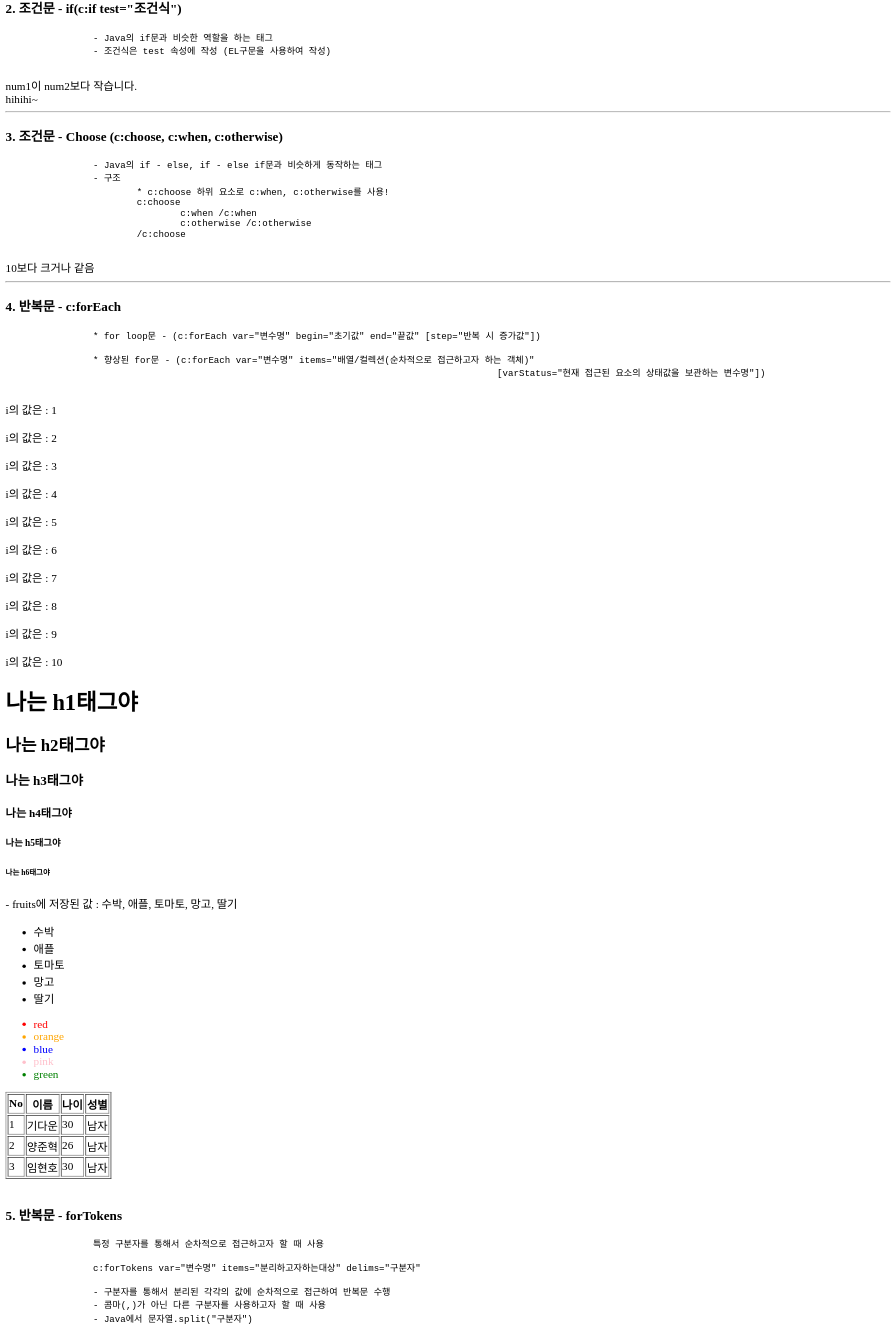
Repository: Developer-Choi-Jae-Young/ServletPractice
Page: http://localhost/3_elAction/views/3_Custom_Action/01_core.jsp
An editor plug-in stored every save of this project. The page is shown before and after the next save, followed by the edit.
The browser window is 1280 px wide. The pictures show the part of the page from y = 817 to 2737 px (the page is 2737 px tall), at 70% of full size.
The page is served by Tomcat 9. Other server files are loaded and not shown.

Above is the page before, as saved 2024-08-27 06:26:50.

### 3_elAction/src/main/webapp/views/3_Custom_Action/01_core.jsp
<%@page import="java.util.ArrayList"%>
<%@page import="com.kh.model.vo.Person"%>
<%@ page language="java" contentType="text/html; charset=UTF-8"
    pageEncoding="UTF-8"%>
<%@ taglib prefix="c" uri="http://java.sun.com/jsp/jstl/core" %>
<!DOCTYPE html>
<html>
<head>
<meta charset="UTF-8">
<title>Custom Action Tag - Core</title>
</head>
<body>
	<h1>JSTL Core Library</h1>

	<h3>1. 변수</h3>
	<pre>
		* 변수 선언과 동시에 초기화 (c:set var="변수명" value="값" [scope="저장객체"])
			- 변수 선언하고 초기화까지의 기능을 제공
			- 해당 변수의 저장된 값을 어떤 scope에 setAttribute를 통해서 담아둘 지 결정
			=> c:set 으로 선언한 변수는 반드시 EL로 접근해야 함!
	</pre>

	<%-- num1 이라는 변수에 10이라는 값을 저장 --%>
	<c:set var="num1" value="10"/> <!-- pageScope.setAttribute("num1", 10) -->

	<%-- request 영역에 num2라는 변수에 20이라는 값을 저장 --%>
	<c:set var="num2" value="20" scope="request"/>

	<p>num1 : ${ num1 }</p>
	<p>num2 : ${ num2 }</p>

	<%-- num1과 num2의 합을 저장한 addNum이라는 변수를 session 영역에 저장 --%>
	<c:set var="addNum" value="${ num1 + num2 }" scope="session"/>

	<p>addNum : ${ addNum }</p>

	<%-- value 속성 대신 시작태그와 종료태그 사이에 초기값 지정 가능 --%>
	<c:set var="result">9999</c:set>

	<p>${ result }</p>

	<c:set var="result" value="7777" scope="request"/>
	<hr>

	<pre>
		* 변수 삭제 (c:remove var="삭제할 변수명" [scope-"삭제하고자하는 영역"])
			- 해당 scope 영역에 저장되어 있는 변수를 찾아 제거하는 태그
			=> 해당 scope에 .removeAttribute() 를 사용하여 제거하는 것과 동일하게 처리됨
	</pre>

	<%-- addNum 변수를 삭제 --%>
	<p>addNum : ${ addNum }</p>
	<c:remove var="addNum" scope="session"/>
	<p> 제거 후 addNum : ${ addNum }</p>
	<p>page scope 에 저장된 result : ${ pageScope.result }</p>
	<p>request scope 에 저장된 result : ${ requestScope.result }</p>

	<c:remove var="result"/>

	<p>scope 속성 없이 제거 : ${ pageScope.result }, ${ requestScope.result }</p>

	<hr>

	<pre>
		* 변수(데이터) 출력 (c:out value="출력하고자 하는 값"
								[default="기본값"]
								[escapeXml="true|false"])
	</pre>

	<%-- addNum에 저장된 값을 출력 --%>
	<c:out value="${ addNum }"/>
	<c:out value="${ addNum }" default="데이터 없음"/>

	<%-- outData라는 변수에 "<b>강조태그!!!</b>" 값을 저장 --%>
	<c:set var="outData" value="<b>강조태그!!!</b>"/>
	<c:out value="${ outData }"/> <%-- escapeXml 속성이 true(기본값) -> 출력데이터에 태그가 포함되어 있는 경우 해석되지 않음 --%>
	<c:out value="${ outData }" escapeXml="false"/>

	<hr>

	<h3>2. 조건문 - if(c:if test="조건식")</h3>
	<pre>
		- Java의 if문과 비슷한 역할을 하는 태그
		- 조건식은 test 속성에 작성 (EL구문을 사용하여 작성)
	</pre>

	<%-- num1이 num2보다 큰가? --%>

	<%-- JSTL로 선언된 변수는 접근 불가 (EL로만 접근 가능)
	<% if(num1 > num2) { %>
	<% } %>
	--%>

	<c:if test="${ num1 > num2 }">
		num1이 num2보다 큽니다.
	</c:if>
	<c:if test="${ num1 lt num2 }">
		num1이 num2보다 작습니다.
	</c:if>
	<br>
	<c:set var="hi" value="안녕"/>
	<%--
			hi 변수에 저장된 값이 "안녕"일 경우 hihihi~ 출력
							  그렇지 않은 경우 byebye 출력
	--%>
	<c:if test="${ hi == '안녕' }">
		hihihi~	<br>
	</c:if>
	<c:if test="${ hi != '안녕' }">
		byebye <br>
	</c:if>

	<hr>

	<h3>3. 조건문 - Choose (c:choose, c:when, c:otherwise)</h3>
	<pre>
		- Java의 if - else, if - else if문과 비슷하게 동작하는 태그
		- 구조
			* c:choose 하위 요소로 c:when, c:otherwise를 사용!
			c:choose
				c:when /c:when
				c:otherwise /c:otherwise
			/c:choose
	</pre>

	<%-- num1의 값이 20보다 크면 "20보다 큼"
					, 10보다 크거나 같으면 "10보다 크거나같음"
					, 그렇지 않으면 "10보다 작음" 을 출력 --%>
	<%--
	<% if(num1 > 20) { %>
		20보다 큼
	<% } else if(num1 >= 10) {%>
	<% } else { %>
	<% } %>
	--%>

	<c:choose>
		<c:when test="${ num1 gt 20 }">20보다 큼</c:when>
		<c:when test="${ num1 ge 10 }">10보다 크거나 같음</c:when>
		<c:otherwise>10보다 작음</c:otherwise>
	</c:choose>

	<hr>
	<h3>4. 반복문 - c:forEach</h3>
	<pre>
		* for loop문 - (c:forEach var="변수명" begin="초기값" end="끝값" [step="반복 시 증가값"])

		* 향상된 for문 - (c:forEach var="변수명" items="배열/컬렉션(순차적으로 접근하고자 하는 객체)"
											  [varStatus="현재 접근된 요소의 상태값을 보관하는 변수명"])
	</pre>
	<%--
	<%
		for(int i=0; i<10; i++) {
	%>
		<p>i의 값은 : <%= i %> </p>
	<% } %>
	--%>
	<c:forEach var="i" begin="1" end="10">
		<p>i의 값은 : ${ i }</p>
	</c:forEach>

	<%-- h1 ~ h6 태그를 출력하는데, "나느 hx태그야" --%>
	<c:forEach var="t" begin="1" end="6">
		<c:out value="<h${ t }>나는 h${ t }태그야</h${ t }>" escapeXml="false"/>
	</c:forEach>

	<c:set var="fruits">
		수박, 애플, 토마토, 망고, 딸기
	</c:set>

	- fruits에 저장된 값 : ${ fruits }

	<ul>
		<c:forEach var="f" items="${ fruits }">
			<li>${ f }</li>
		</c:forEach>
	</ul>

	<%--
		colors라는 변수에 4가지의 색상을 콤마(,)로 구분하여 저장
		목록 태그로 해당 글자 색생을 출력
	 --%>

	 <c:set var="colors">
	 	red, orange, blue, pink, green
	 </c:set>

	 <ul>
	 <c:forEach var="c" items="${ colors }">
	 	<li style="color: ${ c }">${ c }</li>
	 </c:forEach>
	 </ul>

	 <%
	 	ArrayList<Person> list = new ArrayList<>();

	 	list.add(new Person("기다운", 30, "남자"));
	 	list.add(new Person("양준혁", 26, "남자"));
	 	list.add(new Person("임현호", 30, "남자"));
	 %>
	 <%-- request.setAttribute("pList", list); --%>
	 <c:set var="pList" value="<%= list %>" scope="request"/>

	 <table border="1">
	 	<thead>
	 		<tr>
	 			<th>No</th>
	 			<th>이름</th>
	 			<th>나이</th>
	 			<th>성별</th>
	 		</tr>
	 	</thead>
	 	<tbody>
	 		<%--
	 		<% if(list.isEmpty()) { %>
	 			<tr>
	 				<td colspan="4"> 조회된 결과가 없습니다.</td>
	 			</tr>
	 		<% } else { %>
	 		<% for(int i =0; i < list.size(); i++) { %>
	 			<tr>
	 				<td> <%= i %></td>
	 				<td> <%= list.get(i).getName() %></td>
	 				<td> <%= list.get(i).getAge() %></td>
	 				<td> <%= list.get(i).getGender() %></td>
	 			</tr>
	 		<% } %>
	 		<% } %>
	 		 --%>
	 		<c:choose>
	 		<c:when test="${ empty pList }">
	 			<tr>
	 				<td colspan="4"> 조회된 결과가 없습니다.</td>
	 			</tr>
	 		</c:when>
	 		<c:otherwise>
	 			<c:forEach var="p" items="${ pList }" varStatus="s">
	 			<tr>
	 				<td>${ s.count }</td>
	 				<td>${ p.name }</td>
	 				<td>${ p.age }</td>
	 				<td>${ p.gender }</td>
	 			</tr>
			 </c:forEach>
	 		</c:otherwise>
	 		</c:choose>
	 	</tbody>
	 </table>

	 <br>

	 <h3>5. 반복문 - forTokens</h3>
	 <pre>
	 	특정 구분자를 통해서 순차적으로 접근하고자 할 때 사용

	 	c:forTokens var="변수명" items="분리하고자하는대상" delims="구분자"

	 	- 구분자를 통해서 분리된 각각의 값에 순차적으로 접근하여 반복문 수행
	 	- 콤마(,)가 아닌 다른 구분자를 사용하고자 할 때 사용
	 	- Java에서 문자열.split("구분자")
	 </pre>
</body>
</html>

### 3_elAction/src/main/java/com/kh/model/vo/Person.java
package com.kh.model.vo;

public class Person {
	private String name;
	private int age;
	private String gender;

	public Person() {

	}

	public Person(String name, int age, String gender) {
		this.name = name;
		this.gender = gender;
		this.age = age;
	}

	public String getName() {
		return name;
	}

	public void setName(String name) {
		this.name = name;
	}

	public int getAge() {
		return age;
	}

	public void setAge(int age) {
		this.age = age;
	}

	public String getGender() {
		return gender;
	}

	public void setGender(String gender) {
		this.gender = gender;
	}

	@Override
	public String toString() {
		return "Person [name=" + name + ", age=" + age + ", gender=" + gender + "]";
	}
}

After the next save:
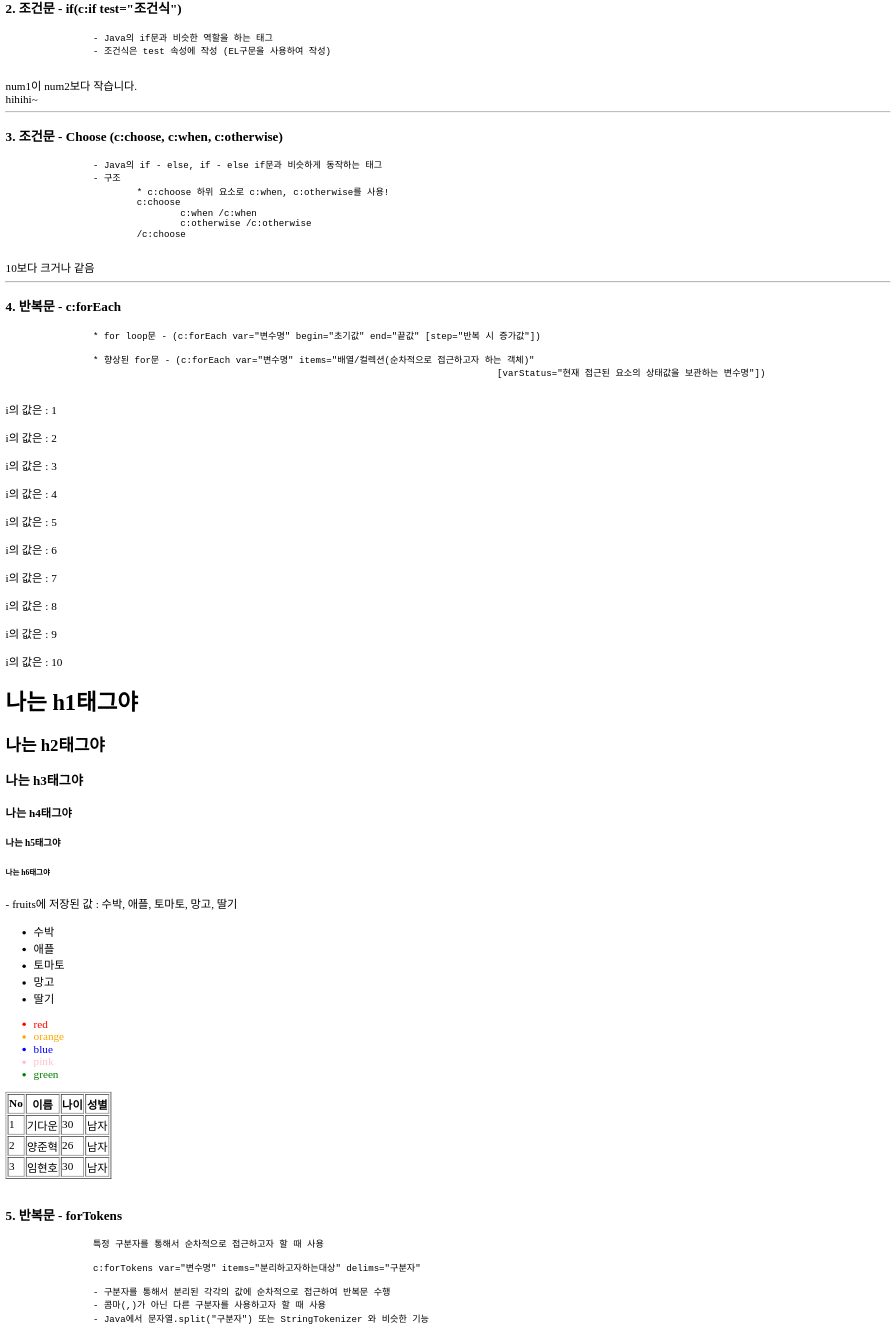
Saved 22 s later.
--- a/3_elAction/src/main/webapp/views/3_Custom_Action/01_core.jsp
+++ b/3_elAction/src/main/webapp/views/3_Custom_Action/01_core.jsp
@@ -257,7 +257,7 @@
 
 	 	- 구분자를 통해서 분리된 각각의 값에 순차적으로 접근하여 반복문 수행
 	 	- 콤마(,)가 아닌 다른 구분자를 사용하고자 할 때 사용
-	 	- Java에서 문자열.split("구분자")
+	 	- Java에서 문자열.split("구분자") 또는 StringTokenizer 와 비슷한 기능
 	 </pre>
 </body>
 </html>
